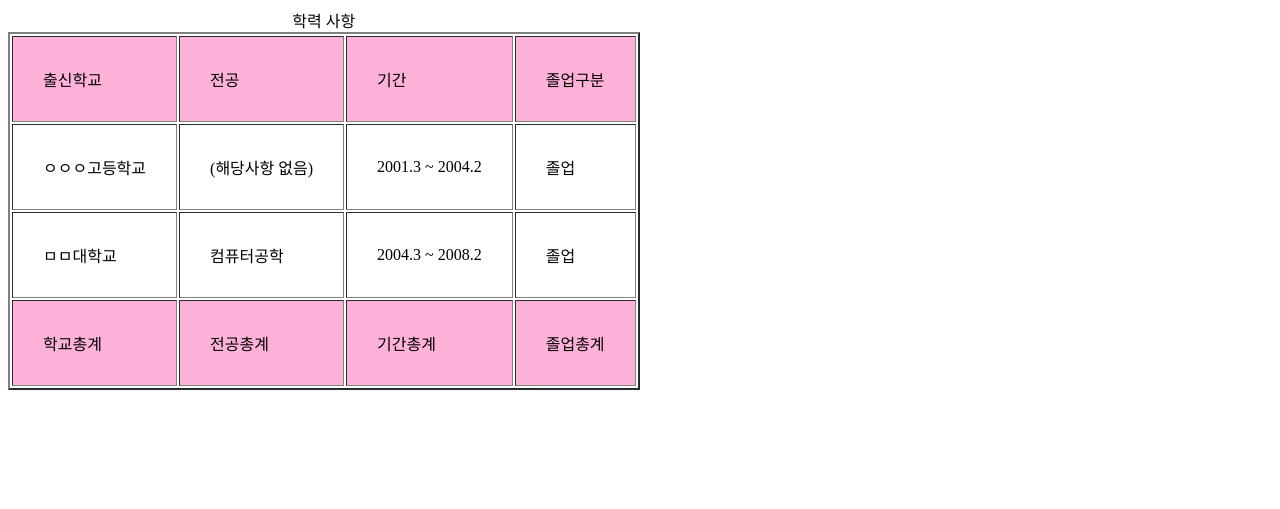
Repository: seulhwangbo/SeulJSP
Page: jspSrc17/webStandard01/src/main/webapp/02/Academic.html
These files come from the project's save history. The page is drawn as it stood at one moment and after the next save; the edit follows.
The browser window is 1280 px wide. The pictures show the whole page.

Above is the page before, as saved 2024-06-13 07:19:50.

After the next save:
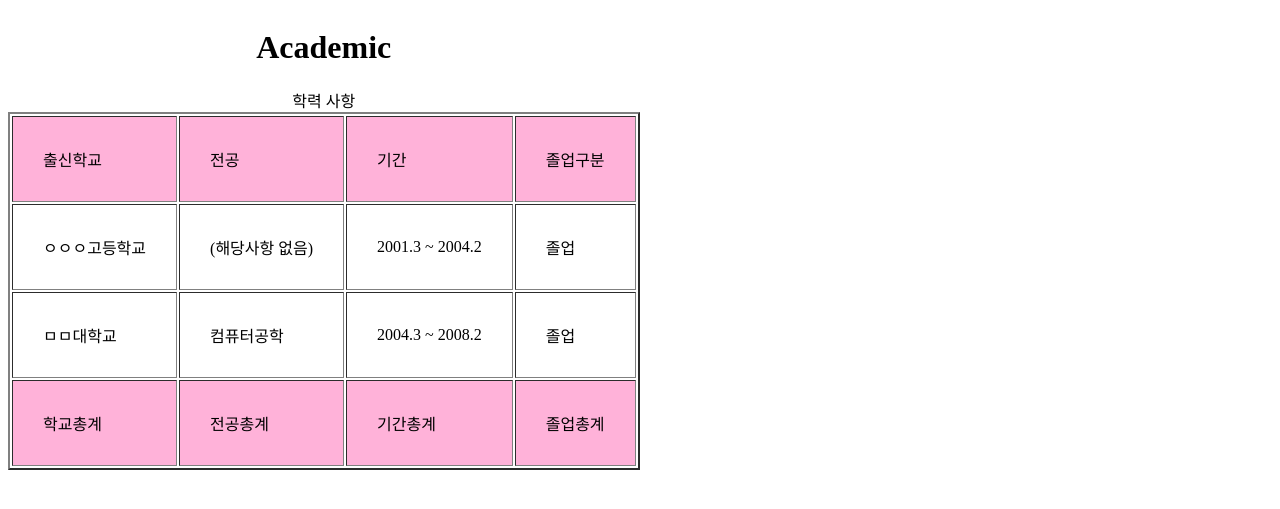
Saved 44 s later.
--- a/jspSrc17/webStandard01/src/main/webapp/02/Academic.html
+++ b/jspSrc17/webStandard01/src/main/webapp/02/Academic.html
@@ -14,8 +14,11 @@
 <title>Insert title here</title>
 </head>
 <body>
-	<table border = "2">
-		<caption>학력 사항</caption>
+	<table border="2">
+		<caption>
+			<h1>Academic</h1>
+			학력 사항
+		</caption>
 
 		<thead>
 			<tr>
@@ -29,20 +32,22 @@
 		<tr>
 			<td>ㅇㅇㅇ고등학교</td>
 			<td>(해당사항 없음)</td>
-			<td>2001.3 ~ 2004.2 </td><td>졸업</td>
+			<td>2001.3 ~ 2004.2</td>
+			<td>졸업</td>
 		</tr>
 		<tr>
 			<td>ㅁㅁ대학교</td>
 			<td>컴퓨터공학</td>
-			<td>2004.3 ~ 2008.2</td><td> 졸업</td>
+			<td>2004.3 ~ 2008.2</td>
+			<td>졸업</td>
 		</tr>
 		<tfoot>
-		<tr>
-			<td>학교총계</td>
-			<td>전공총계</td>
-			<td>기간총계</td>
-			<td>졸업총계</td>
-		</tr>
+			<tr>
+				<td>학교총계</td>
+				<td>전공총계</td>
+				<td>기간총계</td>
+				<td>졸업총계</td>
+			</tr>
 		</tfoot>
 	</table>
 </body>
